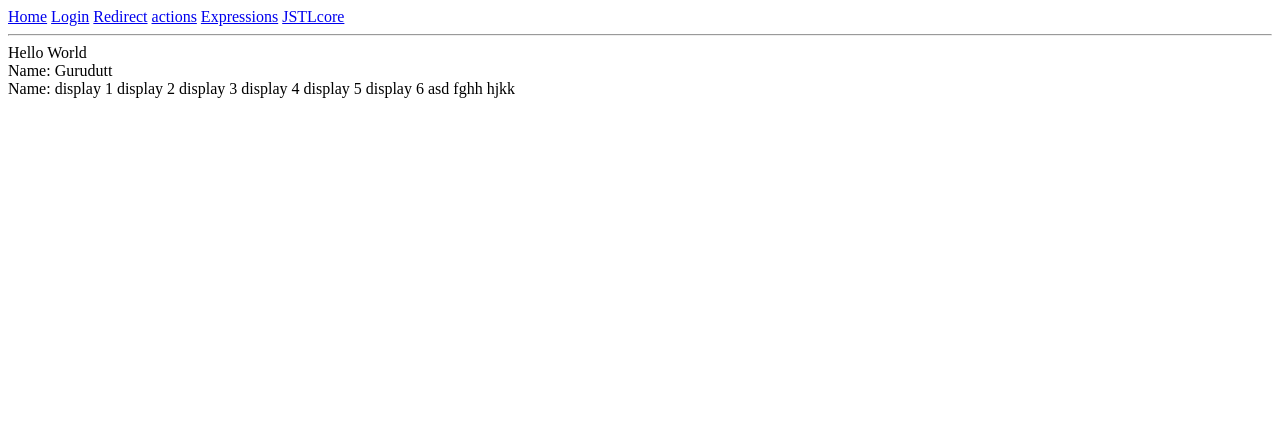
Repository: Gurudutt-S/cts-training
Page: http://localhost/ImplicitObjects/jstlCore.jsp
An editor plug-in stored every save of this project. The page is shown before and after the next save, followed by the edit.
The browser window is 1280 px wide. The pictures show the whole page.
The page is served by Tomcat 9. Other server files are loaded and not shown.

Above is the page before, as saved 2020-02-05 09:22:28.

### Day_30/ImplicitObjects/WebContent/jstlCore.jsp
<%@include file="header.jsp"%>

<c:out value="Hello World"></c:out>
<c:set var="name" value="Gurudutt" />
<br>
Name:
<c:out value="${name }"></c:out>

<c:remove var="name" />
<br>
Name:
<c:out value="${name }"></c:out>

<%-- <c:forEach var="i" begin="1" end="10" step="1">
	<h2>${i}</h2>
</c:forEach> --%>
<%-- <c:forEach var="i" items="1,2,3,3,4,5,6,333,4,5,5,6574343">
	<h2>${i}</h2>
</c:forEach> --%>

<c:set var="head" value="6"></c:set>
<c:if test="${head==6}">
	<c:forEach var="i" begin="1" end="6" step="1">

		<h ${i}>display ${i}</h${i}>

	</c:forEach>
</c:if>

<c:forTokens items="asd-fghh-hjkk" delims="-" var="name">
	<c:out value="${name }"></c:out>
</c:forTokens>


</body>
</html>

### Day_30/ImplicitObjects/WebContent/header.jsp
<%@ page language="java" contentType="text/html; charset=ISO-8859-1"
	pageEncoding="ISO-8859-1"%>
<%@taglib uri="http://java.sun.com/jsp/jstl/core" prefix="c"%>

<!DOCTYPE html>
<html>
<head>
<meta charset="ISO-8859-1">
<title>header</title>
</head>
<body>

	<div style="">
		<a href="index.jsp">Home</a>
		<a href="login.jsp">Login</a>
		<a href="hello.jsp">Redirect</a>
		<a href="actions.jsp">actions</a>
		<a href="expressions.jsp">Expressions</a>
		<a href="jstlCore.jsp">JSTLcore</a>
	</div>
	<hr>

</body>
</html>

After the next save:
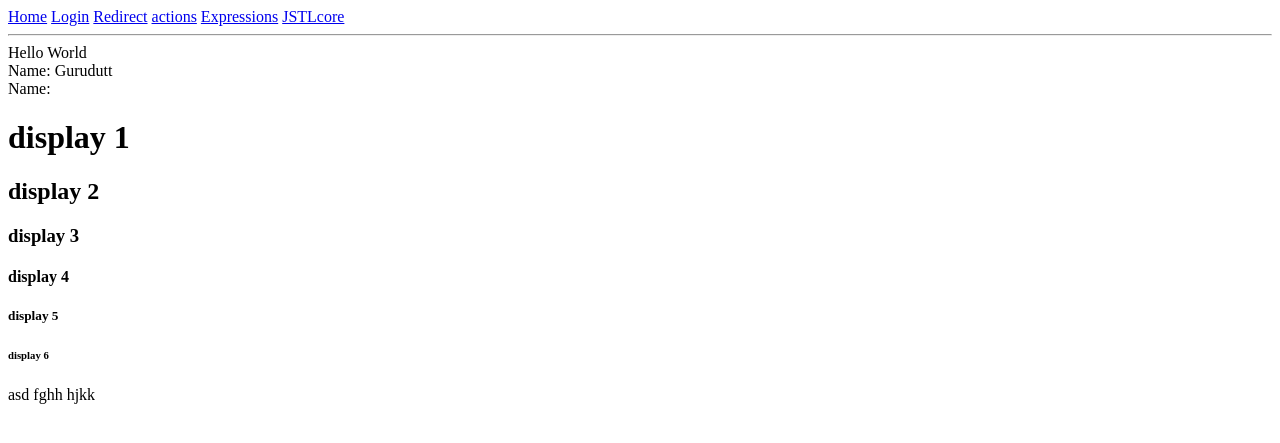
Saved 14 s later.
--- a/Day_30/ImplicitObjects/WebContent/jstlCore.jsp
+++ b/Day_30/ImplicitObjects/WebContent/jstlCore.jsp
@@ -22,7 +22,7 @@ Name:
 <c:if test="${head==6}">
 	<c:forEach var="i" begin="1" end="6" step="1">
 
-		<h ${i}>display ${i}</h${i}>
+		<h${i}>display ${i}</h${i}>
 
 	</c:forEach>
 </c:if>
